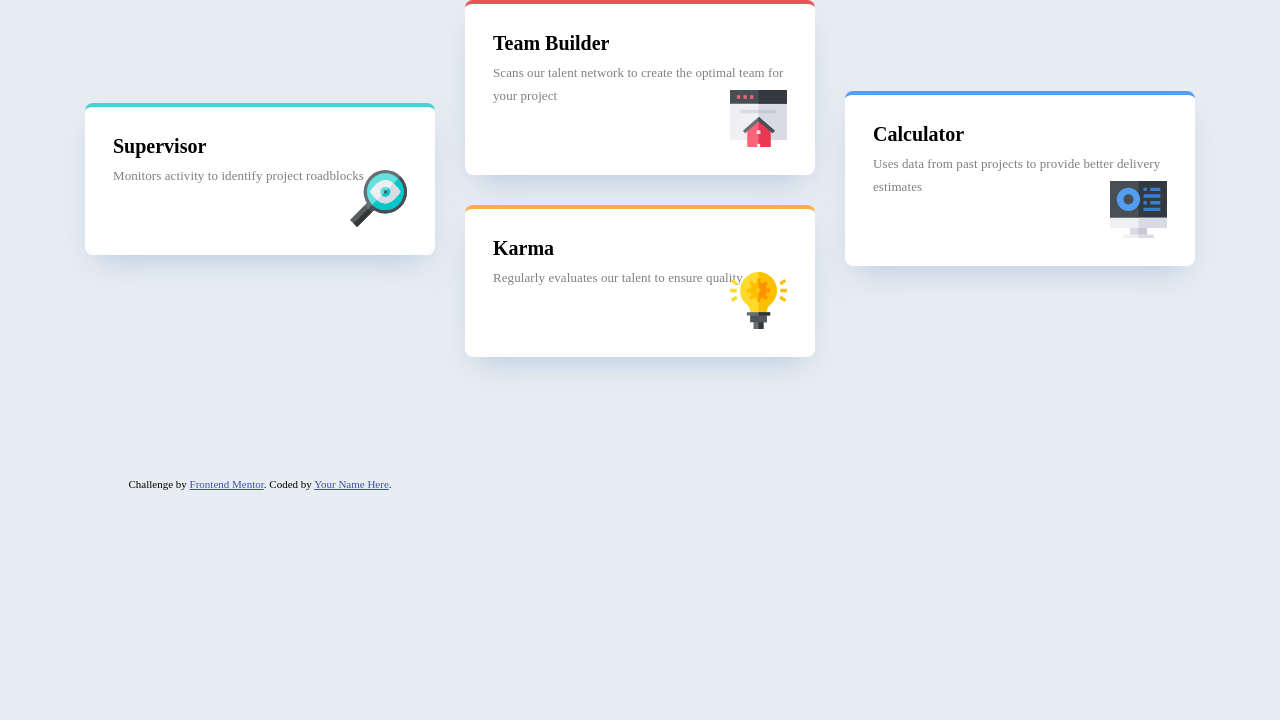
Repository: AngelaMwelu/four-card-page
Page: index.html
These files come from the project's save history. The page is drawn as it stood at one moment and after a run of saves; the edit follows.
The browser window is 1280 px wide. The pictures show the whole page.

Above is the page before, as saved 2025-05-15 16:36:06.

After the next 7 saves:
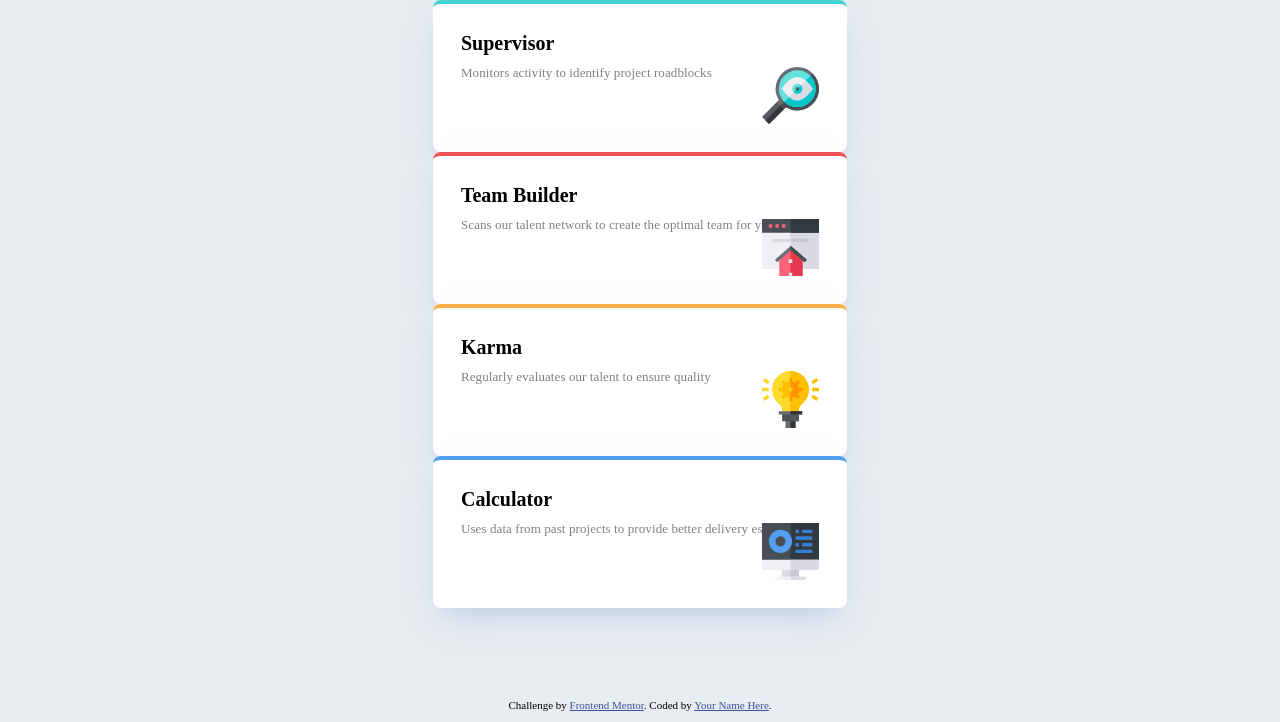
The 7 saves are shown as one change because they came seconds apart.
The last was saved 19 s later.
--- a/index.html
+++ b/index.html
@@ -13,7 +13,7 @@
 
 </head>
 <body>
-  <con
+  <div class="container"
   <div class="Card">
     <div class="Supervisor">
       <h4>Supervisor</h4>

After the 2 saves that followed:
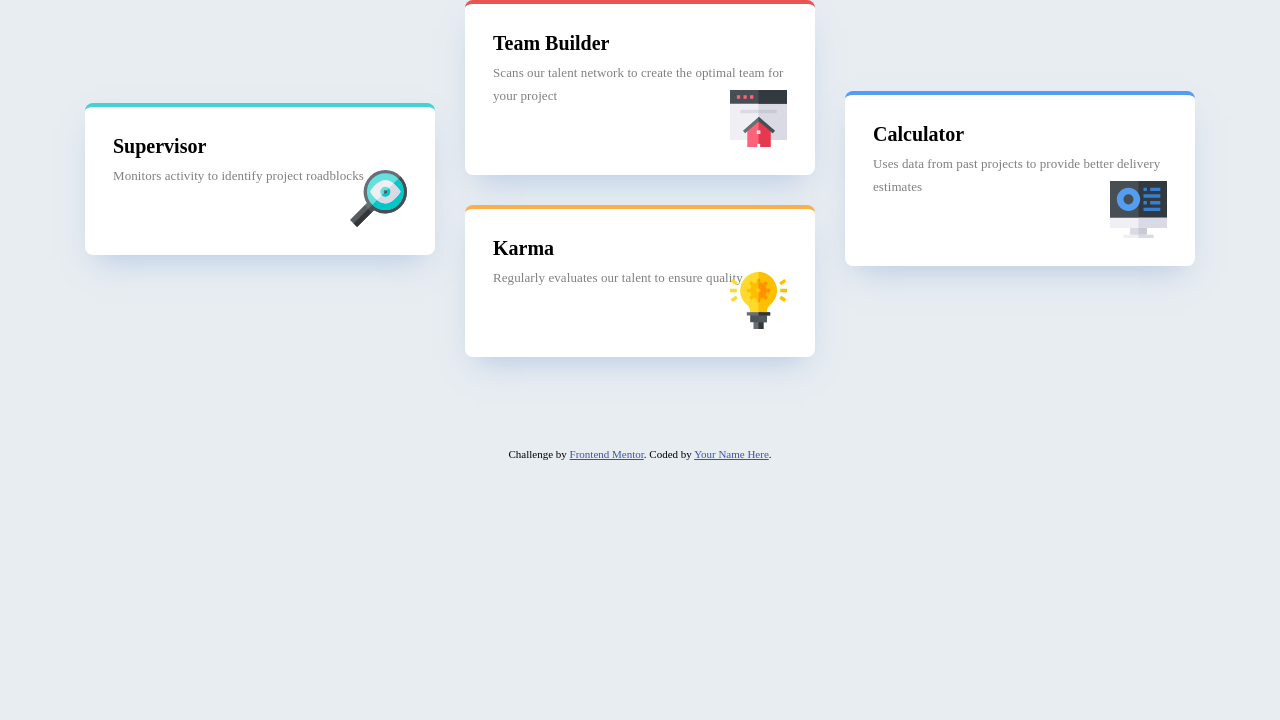
The 2 saves are shown as one change because they came seconds apart.
The last was saved 5 s later.
--- a/index.html
+++ b/index.html
@@ -13,7 +13,7 @@
 
 </head>
 <body>
-  <div class="container"
+  <div class="container"></div>
   <div class="Card">
     <div class="Supervisor">
       <h4>Supervisor</h4>
